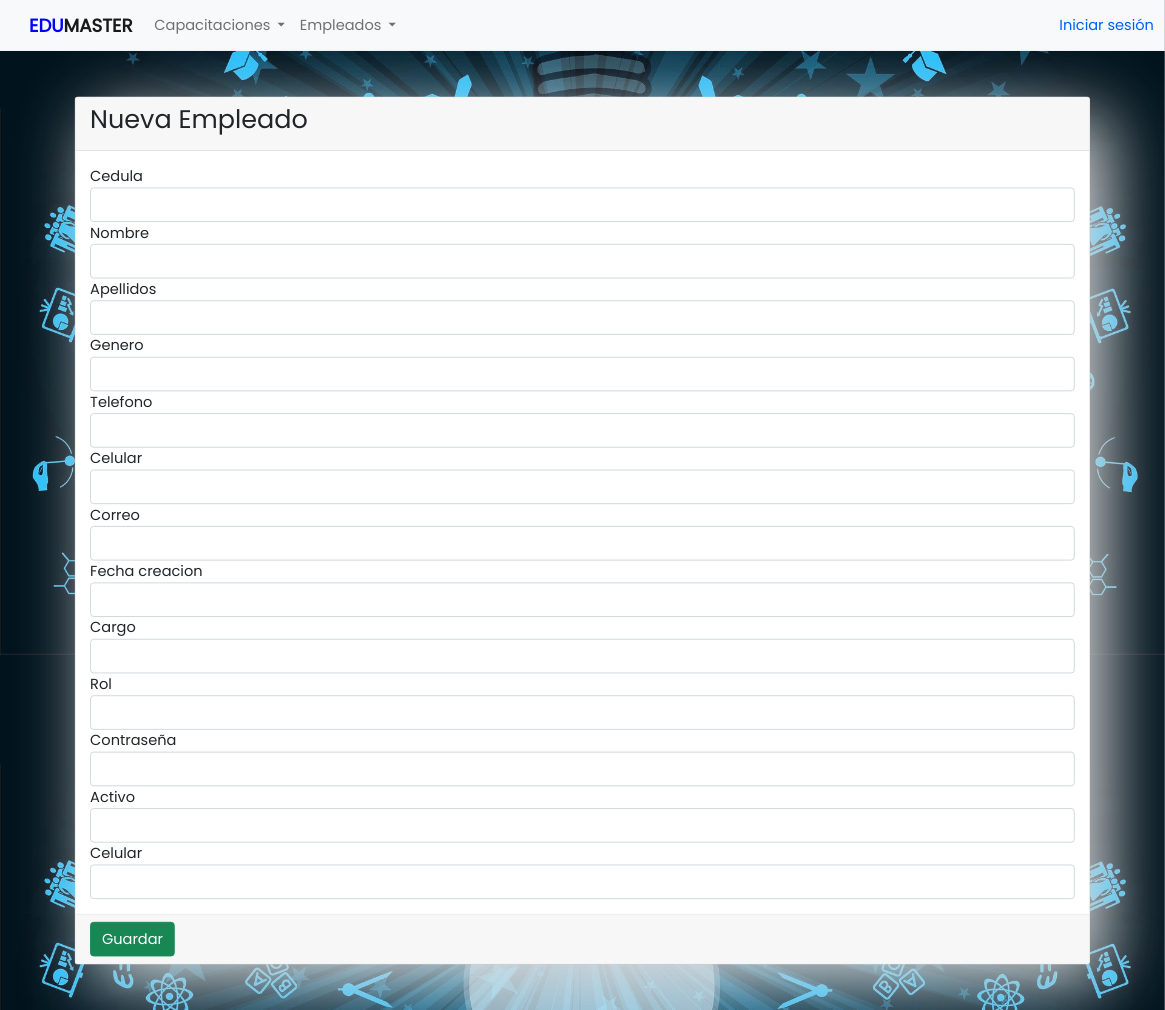
Repository: alejo95-svg/Edumaster
Page: http://localhost/UsuarioSave
An editor plug-in stored every save of this project. The page is shown before and after the next save, followed by the edit.
The browser window is 1280 px wide. The pictures show the whole page, at 91% of full size.
Backgrounds fixed to the window are drawn as part of the page. Some web libraries are served in a nearby version. The page is this project's Thymeleaf template; nobody is signed in. The template is opened directly, without the code that normally fills it, so the values that code supplies are empty.

Above is the page before, as saved 2022-09-22 01:36:51.

### Edumaster/src/main/resources/templates/UsuarioSave.html
<div th:include="header.html" th:remove="tag"></div>

<div class="container">
    <div class="row">
		<form th:action="@{/saveUsuario}" th:object=${Usuario} method="POST">
			<div class="card iluminar">
			  <div class="card-header">
			  	<h3>Nueva Empleado</h3>
			  </div>
			  <div class="card-body">
			  	<div class="form-group">
			  		<label>Cedula</label>
			  		<input th:field="*{Cedula}" type="text" class="form-control"/>
			  	</div>
			  	<div class="form-group">
			  		<label>Nombre</label>
			  		<input th:field="*{Nombre}" type="text" class="form-control"/>
			  	</div>
			  	<div class="form-group">
			  		<label>Apellidos</label>
			  		<input th:field="*{Apellidos}" type="text" class="form-control"/>
			  	</div>
			  	<div class="form-group">
			  		<label>Genero</label>
			  		<input th:field="*{Id_genero}" type="text" class="form-control"/>
			  	</div>
			  	<div class="form-group">
			  		<label>Telefono</label>
			  		<input th:field="*{Telefono}" type="text" class="form-control"/>
			  	</div>
			  	<div class="form-group">
			  		<label>Celular</label>
			  		<input th:field="*{Celular}" type="text" class="form-control"/>
			  	</div>
			  	<div class="form-group">
			  		<label>Correo</label>
			  		<input th:field="*{Correo}" type="text" class="form-control"/>
			  	</div><div class="form-group">
			  		<label>Fecha creacion</label>
			  		<input th:field="*{Fecha_creacion}" type="text" class="form-control"/>
			  	</div><div class="form-group">
			  		<label>Cargo</label>
			  		<input th:field="*{Id_cargo}" type="text" class="form-control"/>
			  	</div><div class="form-group">
			  		<label>Rol</label>
			  		<input th:field="*{Id_rol}" type="text" class="form-control"/>
			  	</div><div class="form-group">
			  		<label>Contraseña</label>
			  		<input th:field="*{Contraseña}" type="text" class="form-control"/>
			  	</div><div class="form-group">
			  		<label>Activo</label>
			  		<input th:field="*{Celular}" type="text" class="form-control"/>
			  	</div><div class="form-group">
			  		<label>Celular</label>
			  		<input th:field="*{Celular}" type="text" class="form-control"/>
			  	</div>
			  </div>
			  <div class="card-footer">
			  	<input type="submit" value="Guardar" class="btn btn-success">
			  </div>
			</div>
		</form>
    </div>
</div>

<div th:include="footer.html" th:remove="tag"></div>

### Edumaster/src/main/resources/templates/header.html
<!DOCTYPE html>
<html lang="en" xmlns:th="http://www.thymeleaf.org">
<head>
    <meta charset='utf-8'>
    <meta http-equiv='X-UA-Compatible' content='IE=edge'>
    <title>Edumaster</title>
    <link href="https://cdn.jsdelivr.net/npm/bootstrap@5.0.0-beta1/dist/css/bootstrap.min.css" rel="stylesheet" integrity="sha384-giJF6kkoqNQ00vy+HMDP7azOuL0xtbfIcaT9wjKHr8RbDVddVHyTfAAsrekwKmP1" crossorigin="anonymous">
    <LINK REL=StyleSheet HREF="/css/estilo.css" TYPE="text/css" MEDIA=screen>
</head>
<body>
    <!--<nav class="navbar navbar-light bg-light justify-content-between header">
        <b><a class="navbar-brand icono" th:href="@{/ConsultaEmpleado}"><span class="edu">EDU</span>MASTER</a></b>
        <div class="btn-group">
		  <button type="button" class="btn btn-primary dropdown-toggle" data-bs-toggle="dropdown" aria-expanded="false">
		    <svg xmlns="http://www.w3.org/2000/svg" width="16" height="16" fill="currentColor" class="bi bi-justify" viewBox="0 0 16 16">
			  <path fill-rule="evenodd" d="M2 12.5a.5.5 0 0 1 .5-.5h11a.5.5 0 0 1 0 1h-11a.5.5 0 0 1-.5-.5zm0-3a.5.5 0 0 1 .5-.5h11a.5.5 0 0 1 0 1h-11a.5.5 0 0 1-.5-.5zm0-3a.5.5 0 0 1 .5-.5h11a.5.5 0 0 1 0 1h-11a.5.5 0 0 1-.5-.5zm0-3a.5.5 0 0 1 .5-.5h11a.5.5 0 0 1 0 1h-11a.5.5 0 0 1-.5-.5z"/>
			</svg>
		  </button>
		  <ul class="dropdown-menu">
		    <li><a class="dropdown-item" href="#">Acción</a></li>
		    <li><a class="dropdown-item" href="#">Otra acción</a></li>
		    <li><a class="dropdown-item" href="#">Algo más aqui</a></li>
		    <li><hr class="dropdown-divider"></li>
		    <li><a class="dropdown-item" href="#">Enlace separado</a></li>
		  </ul>
		</div>
		<div class="w-90 p-3"> </div>
		<div class="w-90 p-3"> </div>
		<div class="w-90 p-3"> </div>
		<div class="w-90 p-3"> </div>

		<a th:href="@{/login}"><span class="login">Iniciar sesión</span></a>
    </nav>-->
<nav class="navbar navbar-expand-lg navbar-light bg-light">
  <div class="container-fluid">
  	<b><a class="navbar-brand icono" th:href="@{/ConsultaEmpleado}"><span class="edu">EDU</span>MASTER</a></b>

    <button class="navbar-toggler" type="button" data-bs-toggle="collapse" data-bs-target="#navbarSupportedContent" aria-controls="navbarSupportedContent" aria-expanded="false" aria-label="Toggle navigation">
      <span class="navbar-toggler-icon"></span>
    </button>
    <div class="collapse navbar-collapse" id="navbarSupportedContent">
      <ul class="navbar-nav me-auto mb-2 mb-lg-0">
        <!--<li class="nav-item">
          <a class="nav-link active" aria-current="page" href="#">Home</a>
        </li>-->
        <li class="nav-item dropdown">
          <a class="nav-link dropdown-toggle" href="#" id="navbarDropdown" role="button" data-bs-toggle="dropdown" aria-expanded="false">
            Capacitaciones
          </a>
          <ul class="dropdown-menu" aria-labelledby="navbarDropdown">
            <li><a class="dropdown-item" th:href="@{/listar}">Lista</a></li>
            <li><a class="dropdown-item" th:href="@{/new}">Crear</a></li>
            <!--<li><hr class="dropdown-divider"></li>-->
          </ul>
        </li>
        <li class="nav-item dropdown">
          <a class="nav-link dropdown-toggle" href="#" id="navbarDropdown" role="button" data-bs-toggle="dropdown" aria-expanded="false">
            Empleados
          </a>
          <ul class="dropdown-menu" aria-labelledby="navbarDropdown">
            <li><a class="dropdown-item" th:href="@{/listarUsuario}">Lista</a></li>
            <li><a class="dropdown-item" th:href="@{/newUsuario}">Crear</a></li>
            <!--<li><hr class="dropdown-divider"></li>-->
          </ul>
        </li>

      </ul>
      <a th:href="@{/login}"><span class="login">Iniciar sesión</span></a>
      <!--<form class="d-flex">
        <input class="form-control me-2" type="search" placeholder="Search" aria-label="Search">
        <button class="btn btn-outline-success" type="submit">Search</button>
      </form>-->
    </div>
  </div>
</nav>

### Edumaster/src/main/resources/templates/footer.html
    <script src="https://cdn.jsdelivr.net/npm/@popperjs/core@2.5.4/dist/umd/popper.min.js" integrity="sha384-q2kxQ16AaE6UbzuKqyBE9/u/KzioAlnx2maXQHiDX9d4/zp8Ok3f+M7DPm+Ib6IU" crossorigin="anonymous"></script>
    <script src="https://cdn.jsdelivr.net/npm/bootstrap@5.0.0-beta1/dist/js/bootstrap.min.js" integrity="sha384-pQQkAEnwaBkjpqZ8RU1fF1AKtTcHJwFl3pblpTlHXybJjHpMYo79HY3hIi4NKxyj" crossorigin="anonymous"></script>
</body>
</html>

### Edumaster/src/main/resources/static/css/estilo.css
@import url('https://fonts.googleapis.com/css2?family=Poppins&display=swap');

* {
    padding: 0;
    margin: 0;
    box-sizing: border-box;
    font-family: 'Poppins', sans-serif
}

body {
	height: 100%;
    background-repeat: no-repeat;
    background: url("../Imagenes/fondo1.jpg") no-repeat center center fixed;
    background-size: 100% 100%;
}

.container {
    margin: 50px auto
}

#forgot {
    min-width: 100px;
    margin-left: auto;
    text-decoration: none
}

a:hover {
    text-decoration: none
}

a{
    text-decoration: none;
}

.panel{
    min-height: 380px;
    box-shadow: 20px 20px 80px rgb(218, 218, 218);
    border-radius: 12px
}

.botonLogin{
	margin-top: 20px;
    border-radius: 10px;
    width: 100%;
    height: 48px;
}

.icono{
    margin-left: 20px;
}

.edu{
    color:blue;
}

.login{
    color: #005eff;
}

.border{
    margin-top: 14%;
}

.iluminar{
	box-shadow: 20px 20px 80px rgb(218, 218, 218);
}

After the next save:
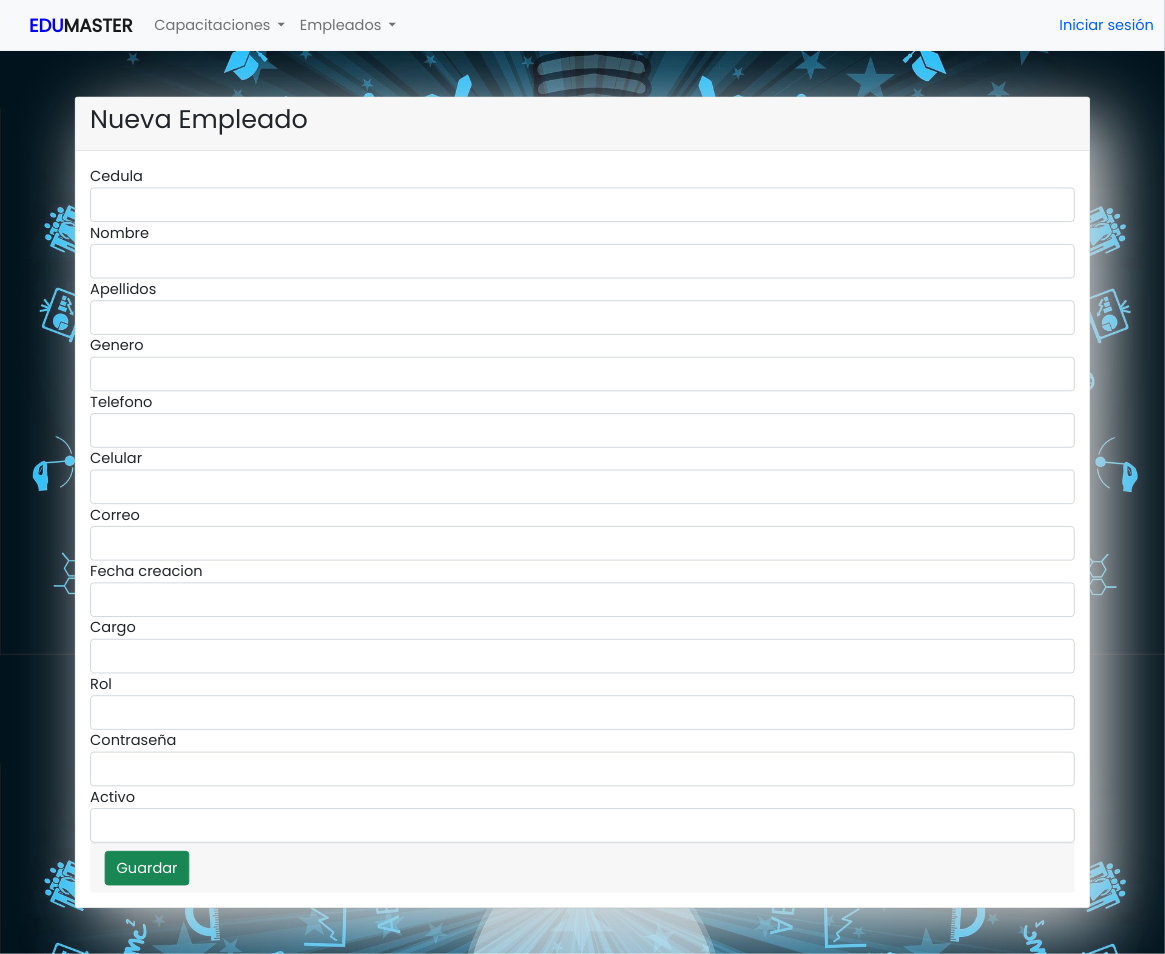
Saved 5 s later.
--- a/Edumaster/src/main/resources/templates/UsuarioSave.html
+++ b/Edumaster/src/main/resources/templates/UsuarioSave.html
@@ -50,10 +50,6 @@
 			  	</div><div class="form-group">
 			  		<label>Activo</label>
 			  		<input th:field="*{Celular}" type="text" class="form-control"/>
-			  	</div><div class="form-group">
-			  		<label>Celular</label>
-			  		<input th:field="*{Celular}" type="text" class="form-control"/>
-			  	</div>
 			  </div>
 			  <div class="card-footer">
 			  	<input type="submit" value="Guardar" class="btn btn-success">
